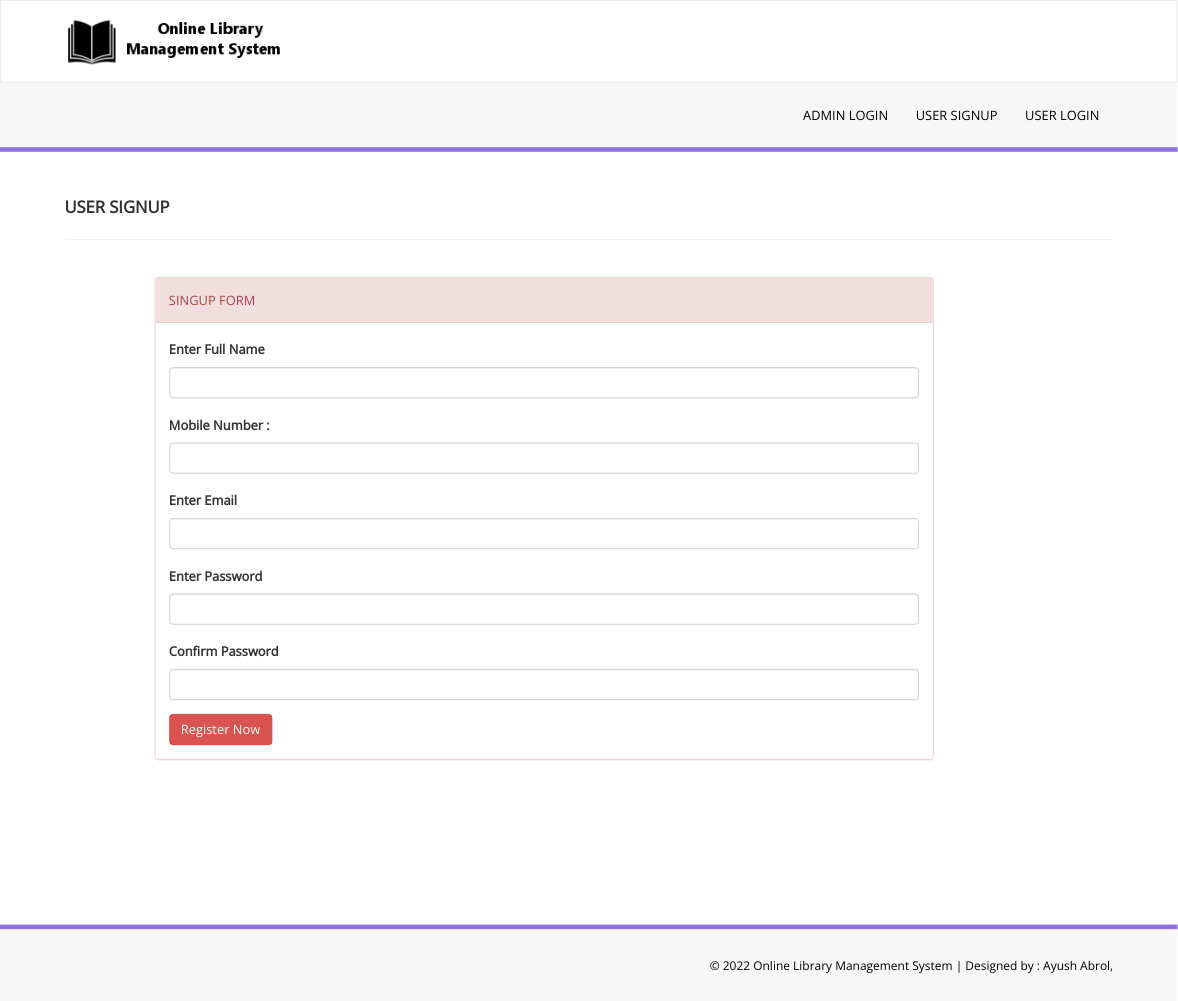
Repository: ayushabrol13/Online-Library-Management-System
Page: http://localhost/signup.php
The author's editor kept a copy of each file at every save. The page is drawn from the files as they stood at one save, then again after the next save.
The browser window is 1280 px wide. The pictures show the whole page, at 92% of full size.
The page is run by PHP 8.4 with error messages shown; the project is at /var/www/html/.

Above is the page before, as saved 2022-11-29 12:15:55.
Console error: TypeError: $(...).dataTable is not a function

### library/signup.php
<?php
session_start();
include('includes/config.php');
error_reporting(0);
if(isset($_POST['signup']))
{
// //code for captach verification
// if ($_POST["vercode"] != $_SESSION["vercode"] OR $_SESSION["vercode"]=='')  {
//         echo "<script>alert('Incorrect verification code');</script>" ;
//     }
//         else {

//Code for student ID
$count_my_page = ("studentid.txt");
$hits = file($count_my_page);
$hits[0] ++;
$fp = fopen($count_my_page , "w");
fputs($fp , "$hits[0]");
fclose($fp);
$StudentId= $hits[0];
$fname=$_POST['fullanme'];
$mobileno=$_POST['mobileno'];
$email=$_POST['email'];
$password=md5($_POST['password']);
$status=1;
$sql="INSERT INTO  tblstudents(StudentId,FullName,MobileNumber,EmailId,Password,Status) VALUES(:StudentId,:fname,:mobileno,:email,:password,:status)";
$query = $dbh->prepare($sql);
$query->bindParam(':StudentId',$StudentId,PDO::PARAM_STR);
$query->bindParam(':fname',$fname,PDO::PARAM_STR);
$query->bindParam(':mobileno',$mobileno,PDO::PARAM_STR);
$query->bindParam(':email',$email,PDO::PARAM_STR);
$query->bindParam(':password',$password,PDO::PARAM_STR);
$query->bindParam(':status',$status,PDO::PARAM_STR);
$query->execute();
$lastInsertId = $dbh->lastInsertId();
if($lastInsertId)
{
echo '<script>alert("Your Registration successfull and your student id is  "+"'.$StudentId.'")</script>';
}
else
{
echo "<script>alert('Something went wrong. Please try again');</script>";
}
// }
}
?>

<!DOCTYPE html>
<html xmlns="http://www.w3.org/1999/xhtml">
<head>
    <meta charset="utf-8" />
    <meta name="viewport" content="width=device-width, initial-scale=1, maximum-scale=1" />
    <meta name="description" content="" />
    <meta name="author" content="" />
    <!--[if IE]>
        <meta http-equiv="X-UA-Compatible" content="IE=edge,chrome=1">
        <![endif]-->
    <title>Online Library Management System | Student Signup</title>
    <!-- BOOTSTRAP CORE STYLE  -->
    <link href="assets/css/bootstrap.css" rel="stylesheet" />
    <!-- FONT AWESOME STYLE  -->
    <link href="assets/css/font-awesome.css" rel="stylesheet" />
    <!-- CUSTOM STYLE  -->
    <link href="assets/css/style.css" rel="stylesheet" />
    <!-- GOOGLE FONT -->
    <link href='http://fonts.googleapis.com/css?family=Open+Sans' rel='stylesheet' type='text/css' />
<script type="text/javascript">
function valid()
{
if(document.signup.password.value!= document.signup.confirmpassword.value)
{
alert("Password and Confirm Password Field do not match  !!");
document.signup.confirmpassword.focus();
return false;
}
return true;
}
</script>
<script>
function checkAvailability() {
$("#loaderIcon").show();
jQuery.ajax({
url: "check_availability.php",
data:'emailid='+$("#emailid").val(),
type: "POST",
success:function(data){
$("#user-availability-status").html(data);
$("#loaderIcon").hide();
},
error:function (){}
});
}
</script>

</head>
<body>
    <!------MENU SECTION START-->
<?php include('includes/header.php');?>
<!-- MENU SECTION END-->
    <div class="content-wrapper">
         <div class="container">
        <div class="row pad-botm">
            <div class="col-md-12">
                <h4 class="header-line">User Signup</h4>

                            </div>

        </div>
             <div class="row">

<div class="col-md-9 col-md-offset-1">
               <div class="panel panel-danger">
                        <div class="panel-heading">
                           SINGUP FORM
                        </div>
                        <div class="panel-body">
                            <form name="signup" method="post" onSubmit="return valid();">
<div class="form-group">
<label>Enter Full Name</label>
<input class="form-control" type="text" name="fullanme" autocomplete="off" required />
</div>


<div class="form-group">
<label>Mobile Number :</label>
<input class="form-control" type="text" name="mobileno" maxlength="10" autocomplete="off" required />
</div>

<div class="form-group">
<label>Enter Email</label>
<input class="form-control" type="email" name="email" id="emailid" onBlur="checkAvailability()"  autocomplete="off" required  />
   <span id="user-availability-status" style="font-size:12px;"></span>
</div>

<div class="form-group">
<label>Enter Password</label>
<input class="form-control" type="password" name="password" autocomplete="off" required  />
</div>

<div class="form-group">
<label>Confirm Password </label>
<input class="form-control"  type="password" name="confirmpassword" autocomplete="off" required  />
</div>

 <!-- <div class="form-group">
<label>Verification code : </label>
<input type="text"  name="vercode" maxlength="5" autocomplete="off" required style="width: 150px; height: 25px;" />&nbsp;<img src="captcha.php">
</div>                        -->


<button type="submit" name="signup" class="btn btn-danger" id="submit">Register Now </button>

                                    </form>
                            </div>
                        </div>
                            </div>
        </div>
    </div>
    </div>
     <!-- CONTENT-WRAPPER SECTION END-->
    <?php include('includes/footer.php');?>
    <script src="assets/js/jquery-1.10.2.js"></script>
    <!-- BOOTSTRAP SCRIPTS  -->
    <script src="assets/js/bootstrap.js"></script>
      <!-- CUSTOM SCRIPTS  -->
    <script src="assets/js/custom.js"></script>
</body>
</html>

### library/includes/header.php
<div class="navbar navbar-inverse set-radius-zero" >
        <div class="container">
            <div class="navbar-header">
                <button type="button" class="navbar-toggle" data-toggle="collapse" data-target=".navbar-collapse">
                    <span class="icon-bar"></span>
                    <span class="icon-bar"></span>
                    <span class="icon-bar"></span>
                </button>
                <a class="navbar-brand" >

                    <img src="assets/img/logo.png" />
                </a>

            </div>
<?php if($_SESSION['login'])
{
?>
            <div class="right-div">
                <a href="logout.php" class="btn btn-danger pull-right">LOG ME OUT</a>
            </div>
            <?php }?>
        </div>
    </div>
    <!-- LOGO HEADER END-->
<?php if($_SESSION['login'])
{
?>
<section class="menu-section">
        <div class="container">
            <div class="row ">
                <div class="col-md-12">
                    <div class="navbar-collapse collapse ">
                        <ul id="menu-top" class="nav navbar-nav navbar-right">
                            <li><a href="dashboard.php" class="menu-top-active">DASHBOARD</a></li>


   <li>
                                <a href="#" class="dropdown-toggle" id="ddlmenuItem" data-toggle="dropdown"> Account <i class="fa fa-angle-down"></i></a>
                                <ul class="dropdown-menu" role="menu" aria-labelledby="ddlmenuItem">
                                    <li role="presentation"><a role="menuitem" tabindex="-1" href="my-profile.php">My Profile</a></li>
                                     <li role="presentation"><a role="menuitem" tabindex="-1" href="change-password.php">Change Password</a></li>
                                </ul>
                            </li>
                            <li><a href="issued-books.php">Issued Books</a></li>


                        </ul>
                    </div>
                </div>

            </div>
        </div>
    </section>
    <?php } else { ?>
        <section class="menu-section">
        <div class="container">
            <div class="row ">
                <div class="col-md-12">
                    <div class="navbar-collapse collapse ">
                        <ul id="menu-top" class="nav navbar-nav navbar-right">

  <li><a href="adminlogin.php">Admin Login</a></li>
                            <li><a href="signup.php">User Signup</a></li>
                             <li><a href="index.php">User Login</a></li>


                        </ul>
                    </div>
                </div>

            </div>
        </div>
    </section>

    <?php } ?>

### library/includes/footer.php
   <section class="footer-section">
        <div class="container">
            <div class="row">
                <div class="col-md-12">
                   &copy; 2022 Online Library Management System |<a href="https://github.com/ayushabrol13" target="_blank"  > Designed by : Ayush Abrol, </a>
                </div>

            </div>
        </div>
    </section>

### library/assets/css/style.css

/*=============================================================
    Authour URI: www.binarytheme.com
    License: Commons Attribution 3.0

    http://creativecommons.org/licenses/by/3.0/

    100% Free To use For Personal And Commercial Use.
    IN EXCHANGE JUST GIVE US CREDITS AND TELL YOUR FRIENDS ABOUT US

    ========================================================  */



/* =============================================================
   GENERAL STYLES
 ============================================================ */

body {
    font-family: 'Open Sans', sans-serif;
    line-height:28px;

}
.set-radius-zero {
    border-radius:0px;
    -moz-border-radius:0px;
    -webkit-border-radius:0px;
}
.content-wrapper {
    margin-top: 40px;
    min-height:800px;
    padding-bottom:90px;
}
.header-line {
    font-weight:900;
    padding-bottom:25px;
    border-bottom:1px solid #eeeeee;
    text-transform:uppercase;
}
.pad-botm {
    padding-bottom:30px;
}


/* =============================================================
   NAVBAR & MENU STYLES
 ============================================================ */

.right-div {
    float: right;
    padding: 20px;
}
#menu-top a {
    color:#000;
    text-decoration:none;
    font-weight:500;
    padding: 25px 15px 25px 15px;
    text-transform:uppercase;

}
.menu-section {
    background-color: #f7f7f7;
    border-bottom:5px solid #9170E4;
    width:100%
}
.menu-top-active {
    background-color:#eeeeee;
}
.navbar-inverse {
background-color: #FFF;
border-color: rgba(155, 153, 153, 0.23);

}

.navbar {
    min-height: 90px;
    margin-bottom: 0px;

}
.navbar-inverse .navbar-collapse, .navbar-inverse .navbar-form {
    border-color:transparent;
}
.navbar-toggle {
background-color: black;
border: 1px solid black;
}

    /* =============================================================
   DASHBOARD STYLES
 ============================================================ */

.img-comments {
   border: 3px double #e1e1e1;
height: 60px;

}

.chat-widget-main {
    max-height:330px;
    overflow:auto;
}

.slide-bdr {
   border:5px solid #9170E4
}
.chat-widget-left:after {
    top: 100%;
    left: 10%;
    border: solid transparent;
    content: " ";
    position: absolute;
    border-top-color: #F70E62;
    border-width: 15px;
    margin-left: -15px;
}

.chat-widget-left {
    width: 100%;
    height: auto;
    padding: 15px;
    -webkit-border-radius: 5px;
    -moz-border-radius: 5px;
    border-radius: 5px;
    position: relative;
    border: 1px solid #F70E62;
    font-size:12px;
}
.chat-widget-right:after {
    top: 100%;
    right: 10%;
    border: solid transparent;
    content: " ";
    position: absolute;
    border-top-color: #5AA8CC;
    border-width: 15px;
    margin-left: -15px;
}

.chat-widget-right {
    width: 100%;
    height: auto;
    padding: 15px;
    -webkit-border-radius: 5px;
    -moz-border-radius: 5px;
    border-radius: 5px;
    position: relative;
    border: 1px solid #5AA8CC;
    font-size:12px;
}

.chat-widget-name-left {
   color: #808080;
    margin-top: 30px;
    margin-left: 60px;
    text-align:left;
}

    .img-left-chat {
        border:3px double #e1e1e1;
        float:left;
        margin-right:30px;
    }
     .img-right-chat {
        border:3px double #e1e1e1;
        float:right;
        margin-left:30px;
    }
     .chat-widget-main img-right {
        border:3px double #e1e1e1;
        float:left;
    }
.chat-widget-name-left h4 {
    font-weight:normal;
    font-size:11px;

}
.chat-widget-name-left h5 {
    font-weight:normal;
    font-size:10px;
}
.chat-widget-name-right h4 {
    font-weight:normal;
    font-size:11px;
}
.chat-widget-name-right h5 {
    font-weight:normal;
    font-size:10px;
}
.chat-widget-name-right {
    color: #808080;
    margin-top: 40px;
    margin-right: 60px;
    text-align:right;
}

.recent-users-sec img {
    max-height:80px;
    margin:15px;
}

.back-widget-set {
    background-color:transparent;
}

/* =============================================================
   FOOTER SECTION STYLES
 ============================================================ */
.footer-section {
    padding:25px 50px 25px 50px;
    color:#000;
    font-size:13px;
      background-color: #f7f7f7;
      text-align:right;
       border-top:5px solid #9170E4;

}

    .footer-section a, .footer-section a:hover {
        color:#000;
    }

### library/assets/js/custom.js

/*=============================================================
    Authour URI: www.binarytheme.com
    License: Commons Attribution 3.0

    http://creativecommons.org/licenses/by/3.0/

    100% Free To use For Personal And Commercial Use.
    IN EXCHANGE JUST GIVE US CREDITS AND TELL YOUR FRIENDS ABOUT US

    ========================================================  */

(function ($) {
    "use strict";
    var mainApp = {
        slide_fun: function () {

            $('#carousel-example').carousel({
                interval:3000 // THIS TIME IS IN MILLI SECONDS
            })

        },
        dataTable_fun: function () {

            $('#dataTables-example').dataTable();

        },

        custom_fun:function()
        {
            /*====================================
             WRITE YOUR   SCRIPTS  BELOW
            ======================================*/




        },

    }


    $(document).ready(function () {
        mainApp.slide_fun();
        mainApp.dataTable_fun();
        mainApp.custom_fun();
    });
}(jQuery));

Loaded but not shown: library/includes/config.php (common file); library/assets/css/bootstrap.css (library); library/assets/css/font-awesome.css (library); library/assets/js/jquery-1.10.2.js (library); library/assets/js/bootstrap.js (library)

After the next save:
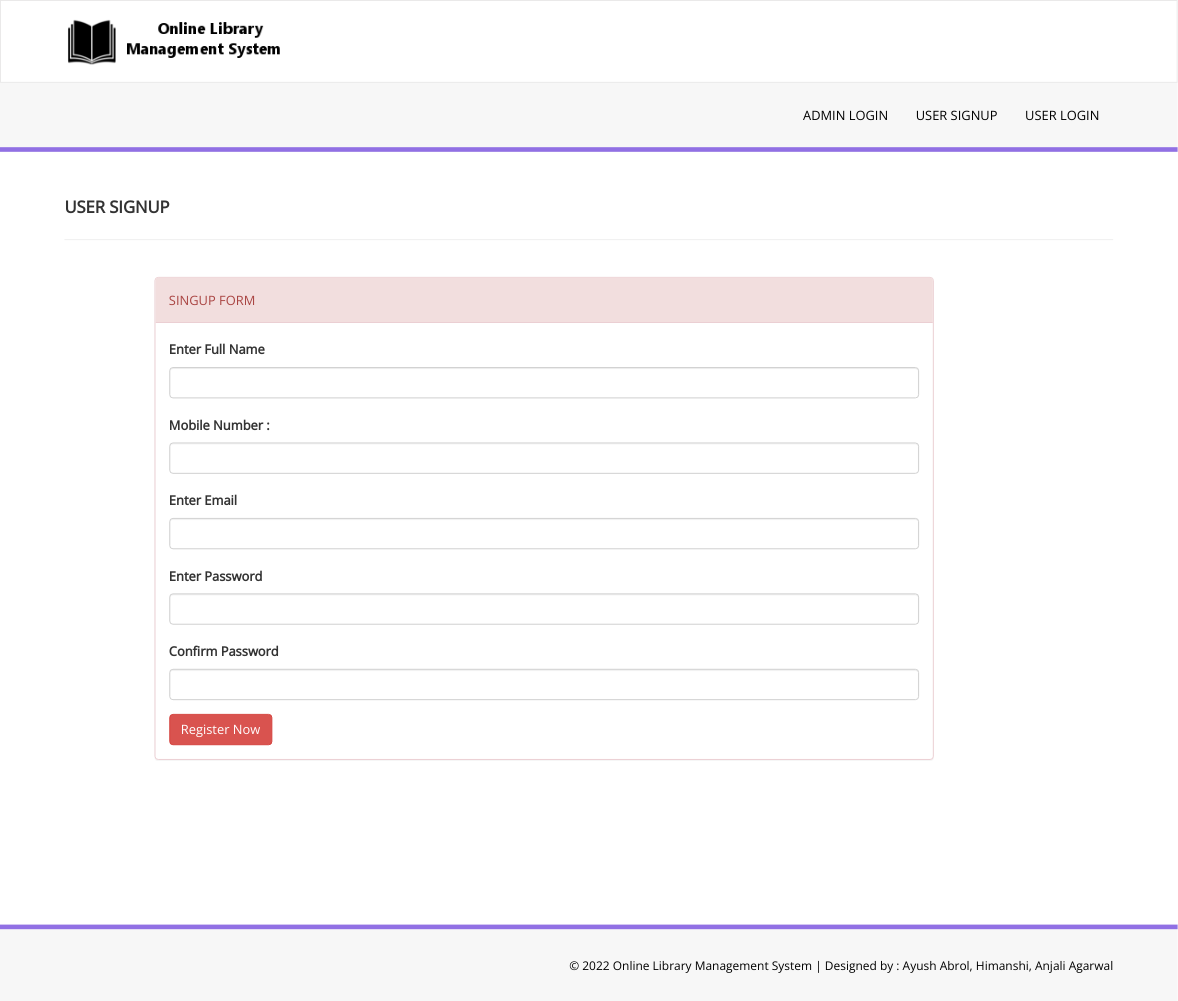
Saved 7 s later.
--- a/library/includes/footer.php
+++ b/library/includes/footer.php
@@ -2,7 +2,7 @@
         <div class="container">
             <div class="row">
                 <div class="col-md-12">
-                   &copy; 2022 Online Library Management System |<a href="https://github.com/ayushabrol13" target="_blank"  > Designed by : Ayush Abrol, </a>
+                   &copy; 2022 Online Library Management System |<a href="https://github.com/ayushabrol13" target="_blank"  > Designed by : Ayush Abrol, Himanshi, Anjali Agarwal</a>
                 </div>
 
             </div>
